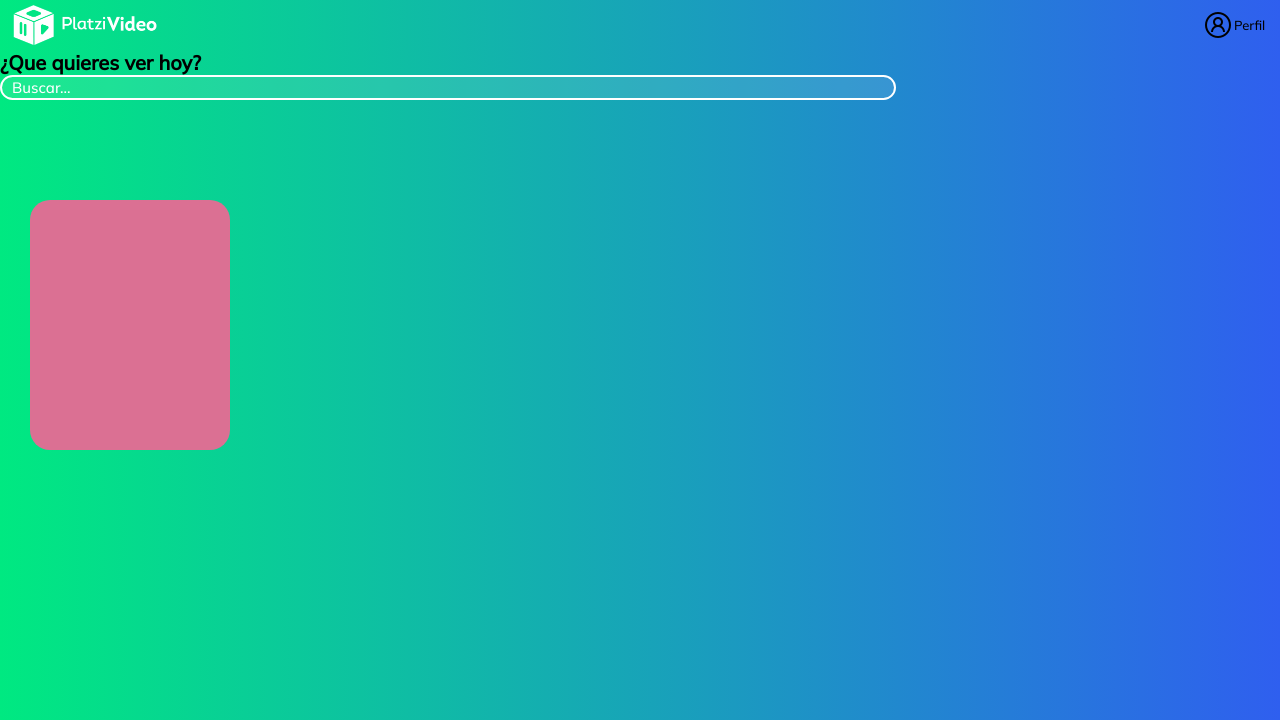
Repository: EnzoSz/Curso_frontend_dev
Page: proyecto/index.html
The author's editor kept a copy of each file at every save. The page is drawn from the files as they stood at one save, then again after the next save.
The browser window is 1280 px wide. The pictures show the whole page.

Above is the page before, as saved 2021-03-03 18:10:56.

After the next save:
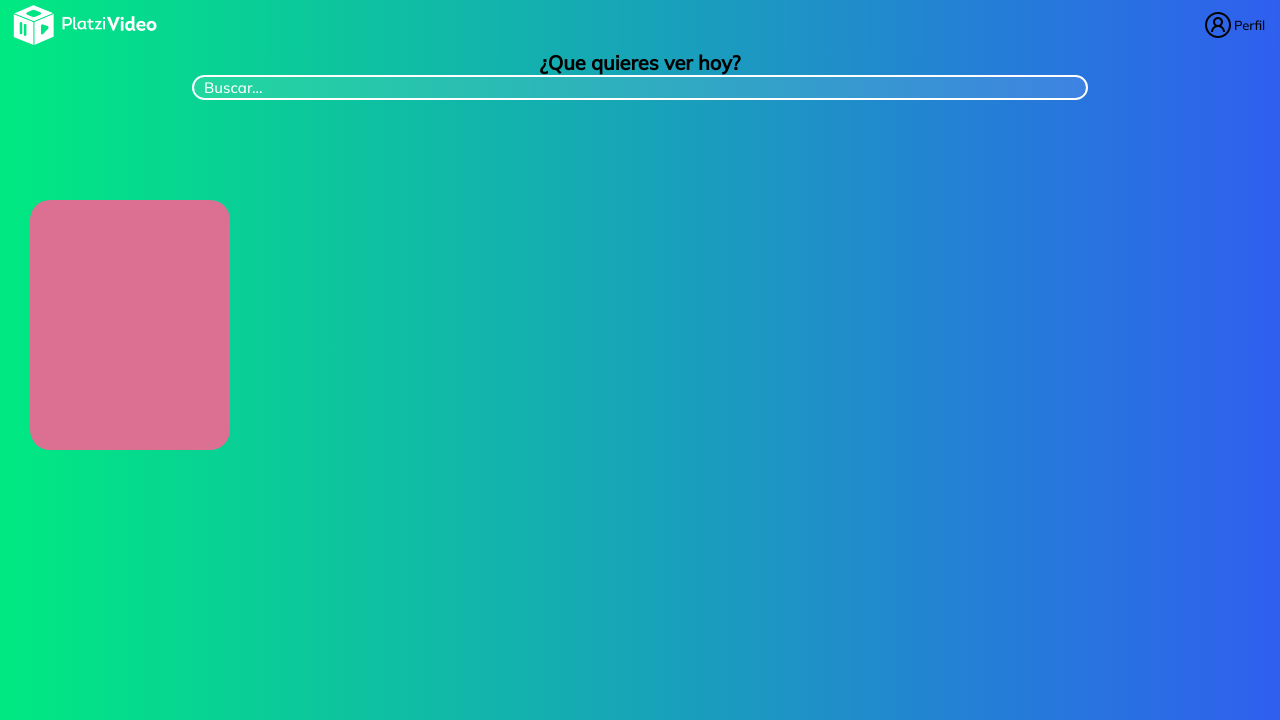
Saved 4 min 30 s later.
--- a/proyecto/CSS/style.css
+++ b/proyecto/CSS/style.css
@@ -71,6 +71,9 @@
     height: 300px;
 
 }
+.nav {
+    text-align: center;
+}
 .nav__title {
     color: black;
     font-size: 20px;
